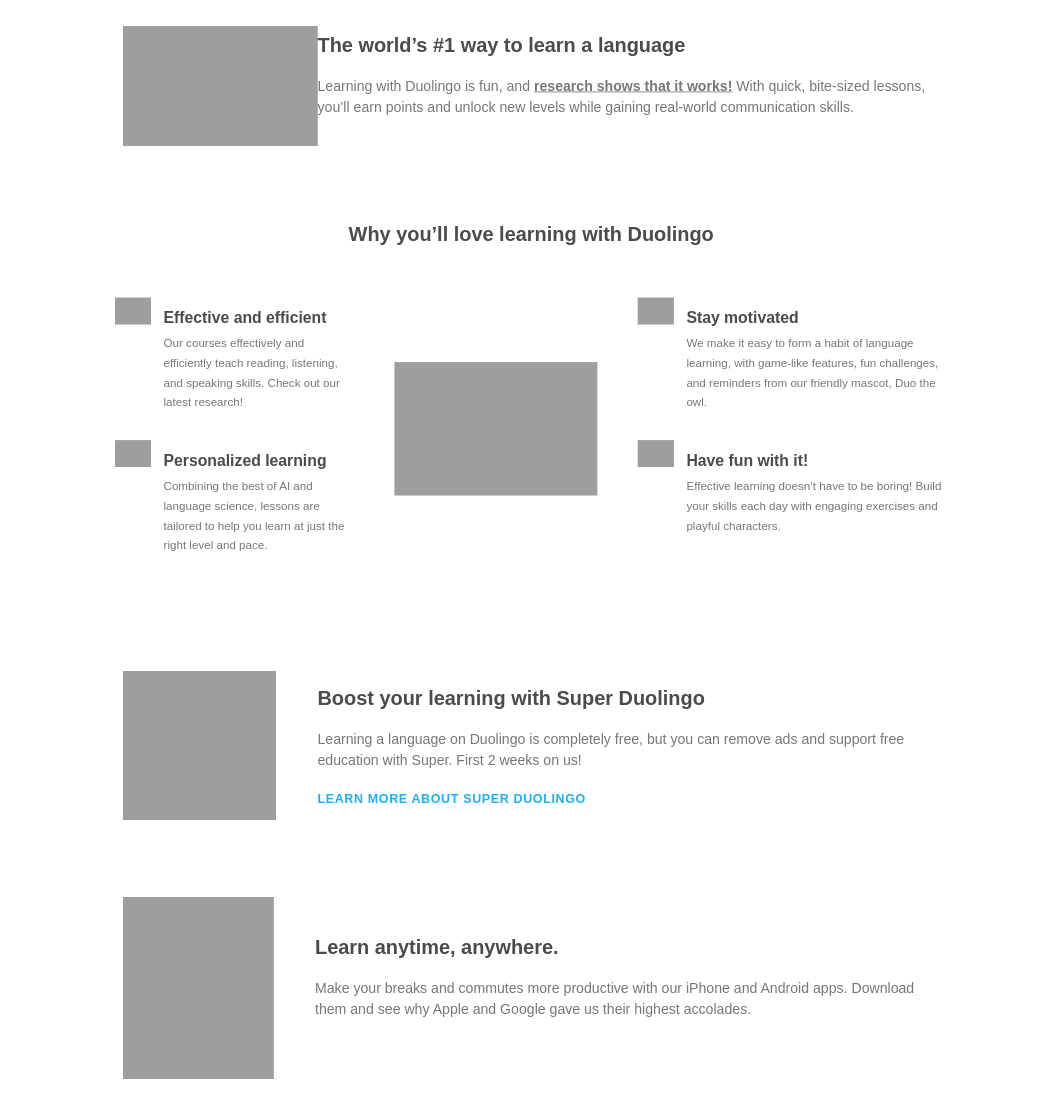
Repository: kauittt/duolingo-little
Page: login.html
The author's editor kept a copy of each file at every save. The page is drawn from the files as they stood at one save, then again after the next save.
The browser window is 1280 px wide. The pictures show the part of the page from y = 740 to 2083 px (the page is 2083 px tall), at 83% of full size.
Pictures or frames that could not be fetched are drawn as grey boxes. A picture or video elsewhere on the page could not be fetched, so the positions and the page height are approximate. Some web libraries are served in a nearby version.

Above is the page before, as saved 2023-03-26 20:28:45.

After the next save:
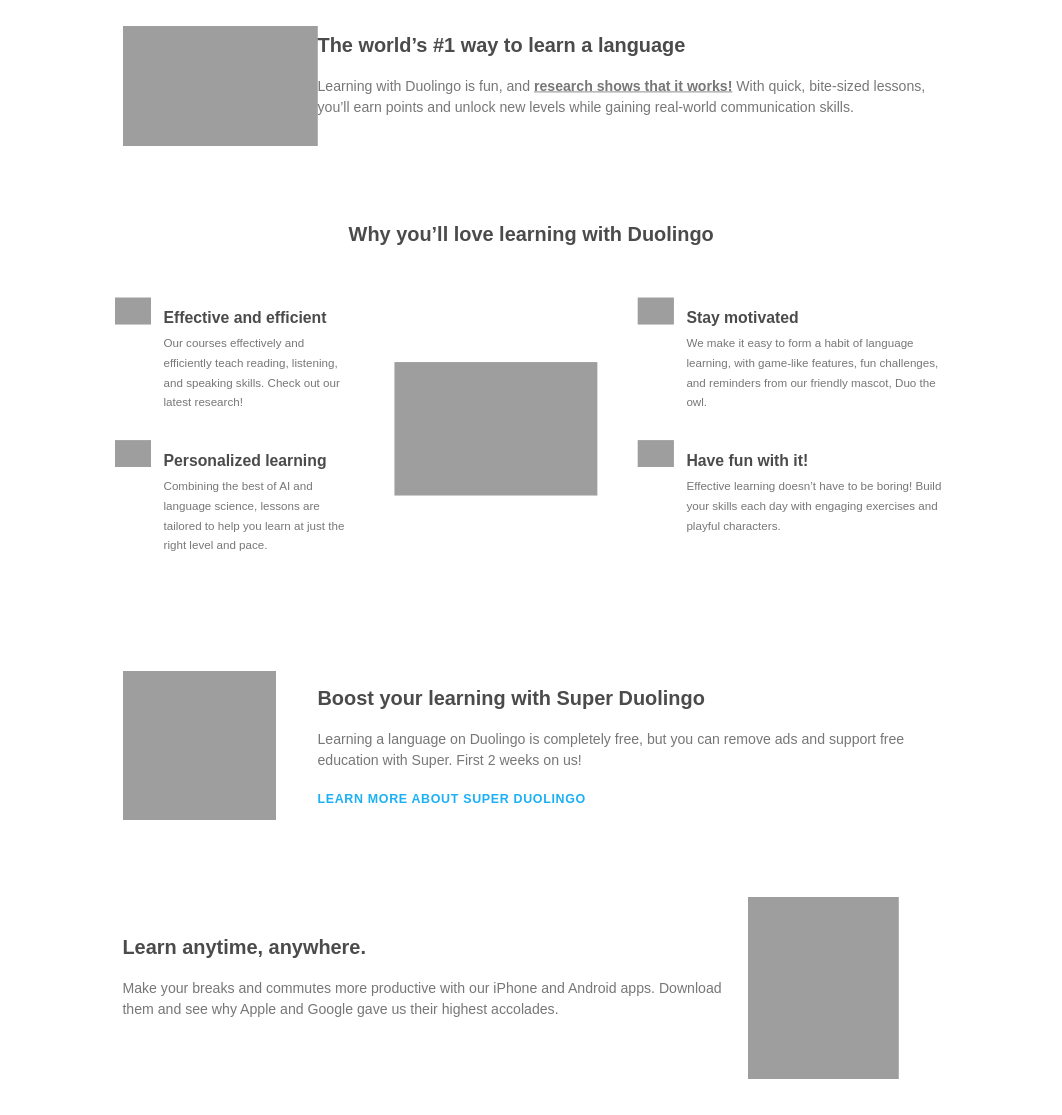
Saved 22 s later.
--- a/assets/css/stytes.css
+++ b/assets/css/stytes.css
@@ -307,12 +307,12 @@
 /*? download  */
 .download {
     height: 300px;
+}
+.download-wrap {
+    display: flex;
+    justify-content: space-between;
+    align-items: center;
     flex-direction: row-reverse;
-}
-.download-wrap {
-    display: flex;
-    justify-content: space-between;
-    align-items: center;
 }
 
 .download .section__img img {
